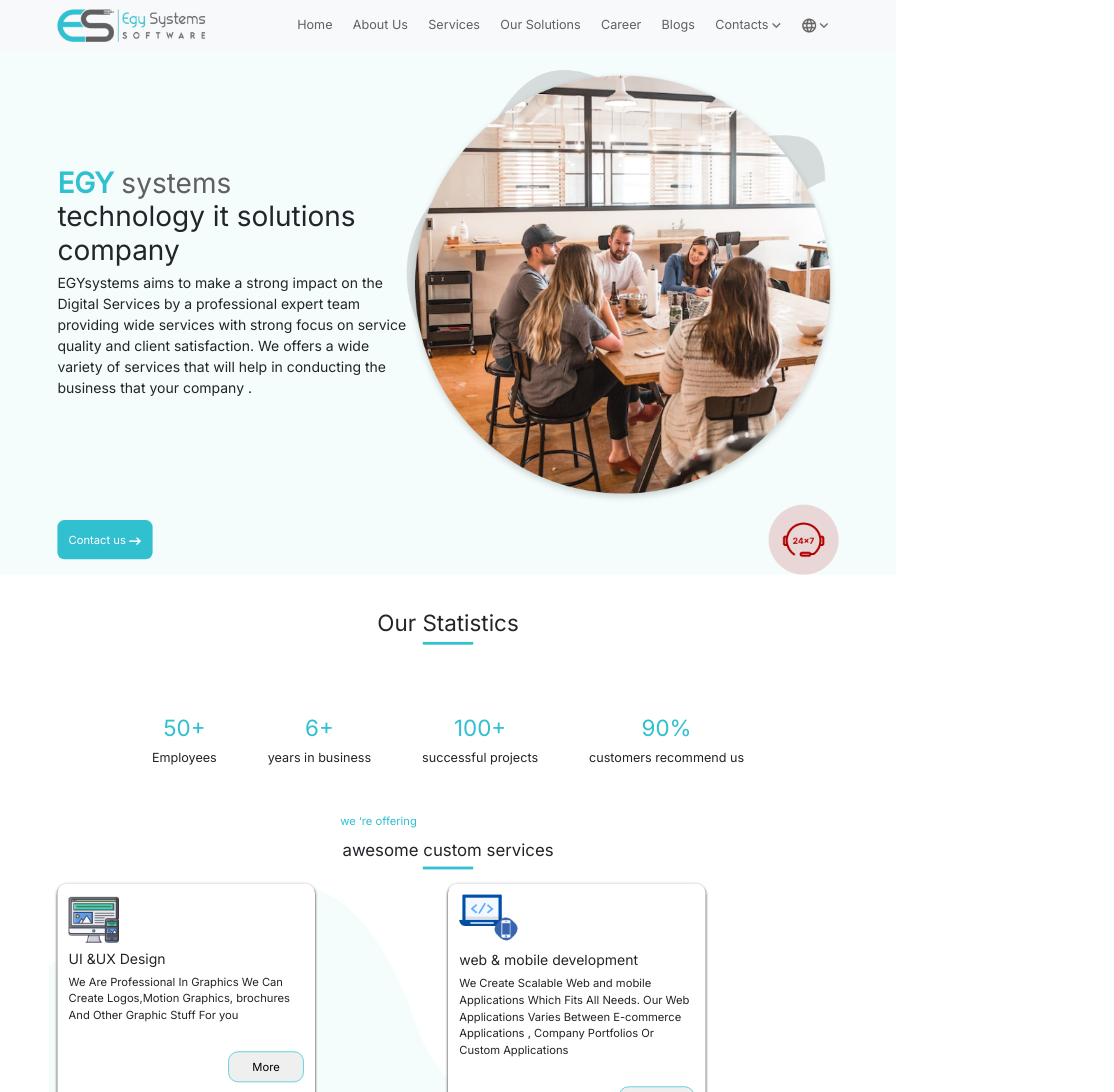
Repository: hamdyAbdelazeim/Egysystem-Home
Page: index.html
These files come from the project's save history. The page is drawn as it stood at one moment and after a run of saves; the edit follows.
The browser window is 1280 px wide. The page is 1280 px wide, then 1592 px, then 1280 px, so the pictures cover 1592 px, including what lies to the right of the window. The pictures show the part of the page from y = 0 to 1560 px (the page is 2251 px tall), at 70% of full size.

Above is the page before, as saved 2023-07-13 13:11:38.

After the next 2 saves:
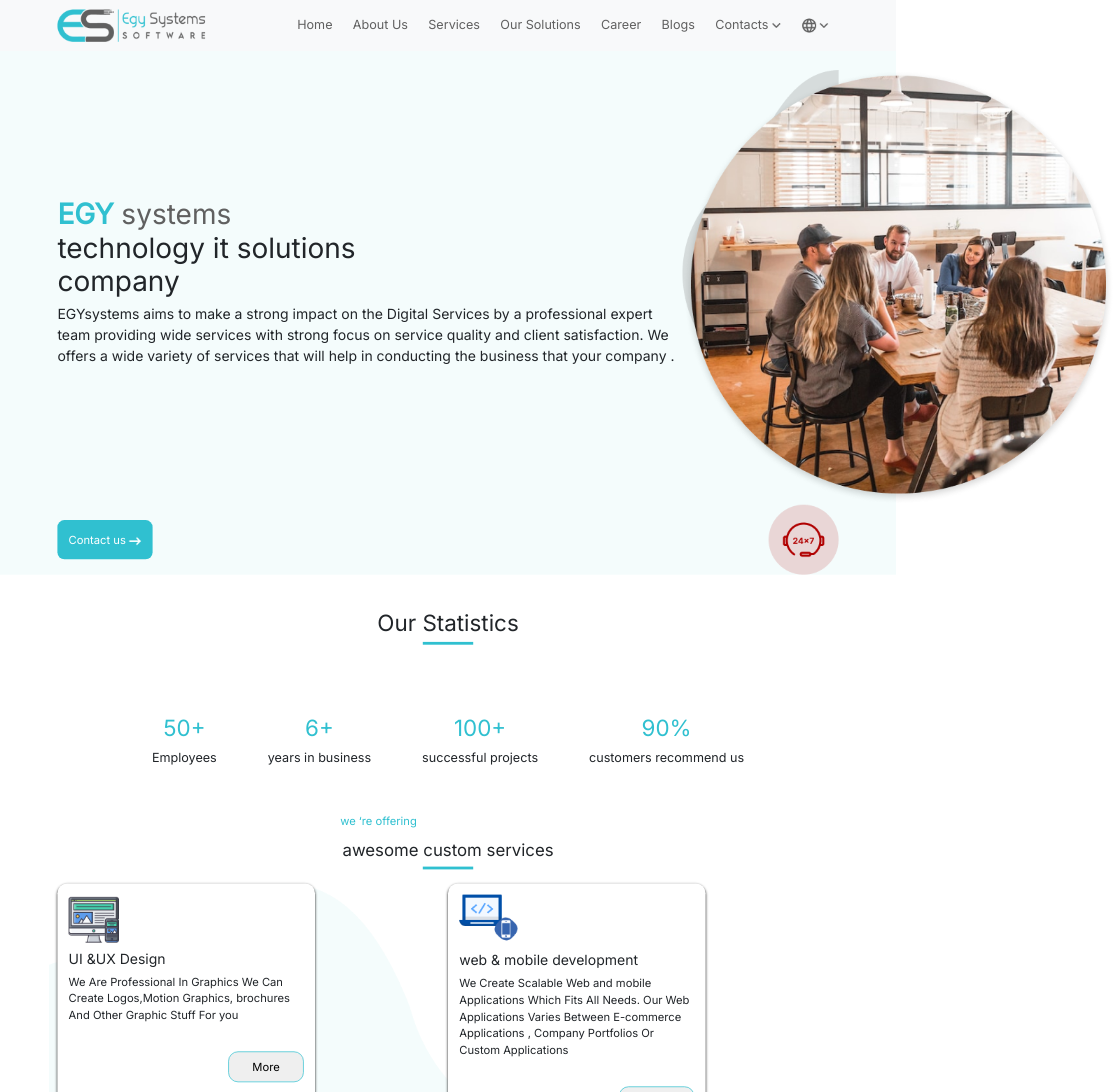
The 2 saves are shown as one change because they came seconds apart.
The last was saved 6 s later.
--- a/css/style.css
+++ b/css/style.css
@@ -57,7 +57,7 @@
   background-repeat: no-repeat; */
 }
 .Home-img {
-  width: 70%;
+  width: 20%;
   background-image: url('/assets/Ellipse\ 36.png');
   background-repeat: no-repeat;
 }

After the save that followed:
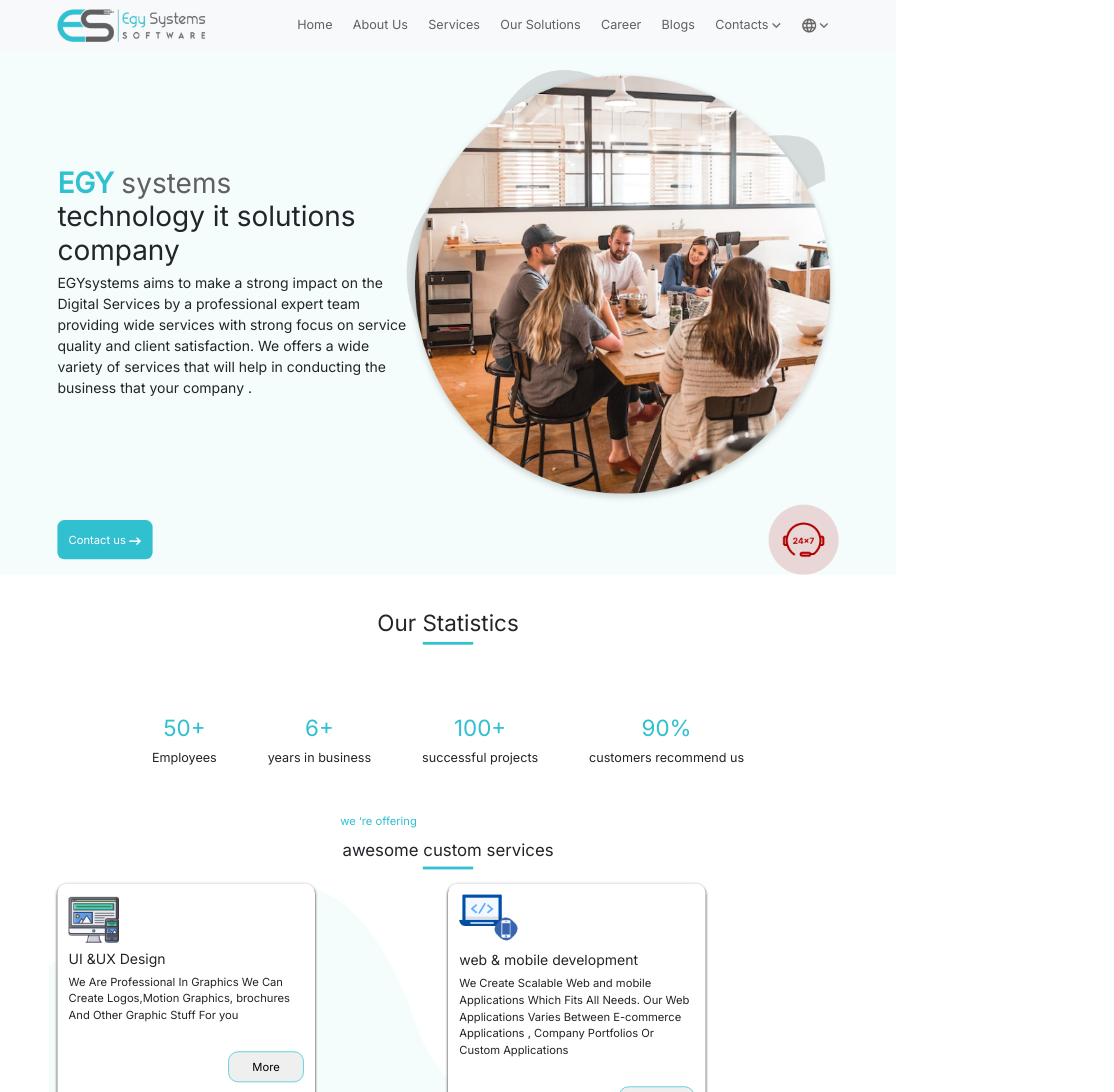
Saved 7 s later.
--- a/css/style.css
+++ b/css/style.css
@@ -57,7 +57,7 @@
   background-repeat: no-repeat; */
 }
 .Home-img {
-  width: 20%;
+  width: 100%;
   background-image: url('/assets/Ellipse\ 36.png');
   background-repeat: no-repeat;
 }
